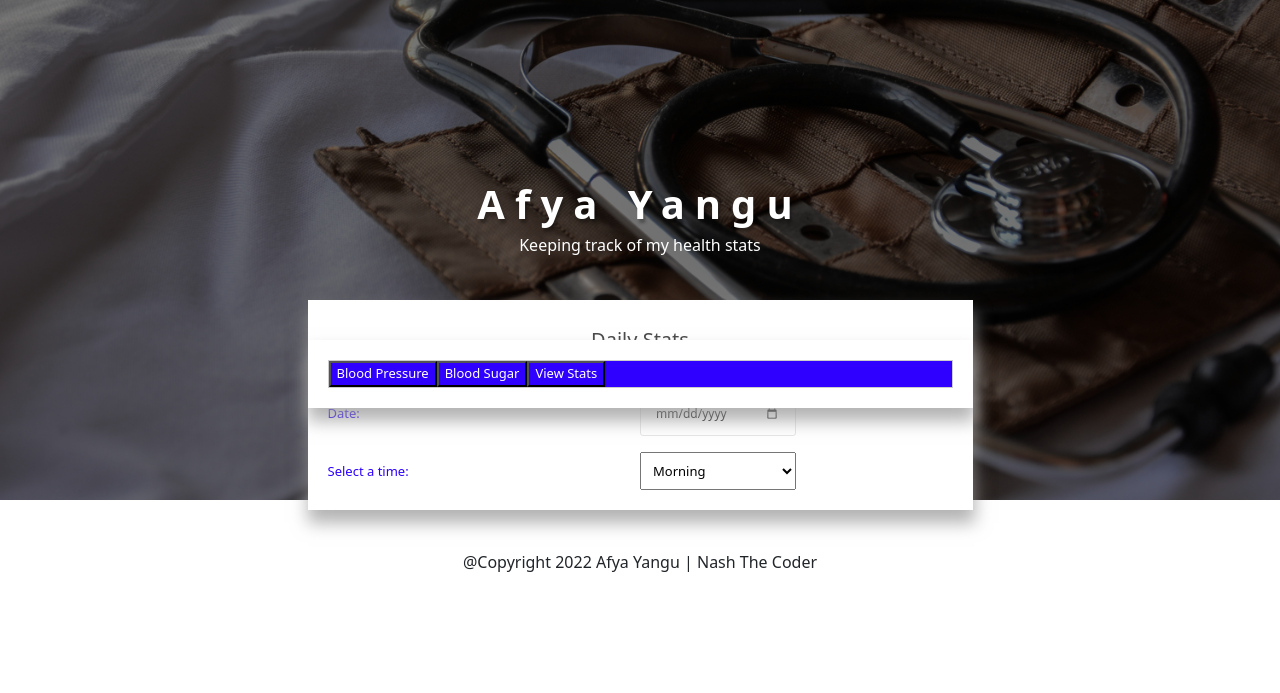
Repository: nashthecoder/afya_yangu
Page: / (app in client/)
These files come from the project's save history. The page is drawn as it stood at one moment and after a run of saves; the edit follows.
The browser window is 1280 px wide. The pictures show the whole page.
The project was rebuilt for these pictures with package versions that can differ from the ones it lists, and the page was loaded fresh each time. Also part of the build but not shown: client/src/components/Tab2.js.

Above is the page before, as saved 2022-03-17 09:06:53.

After the next 4 saves:
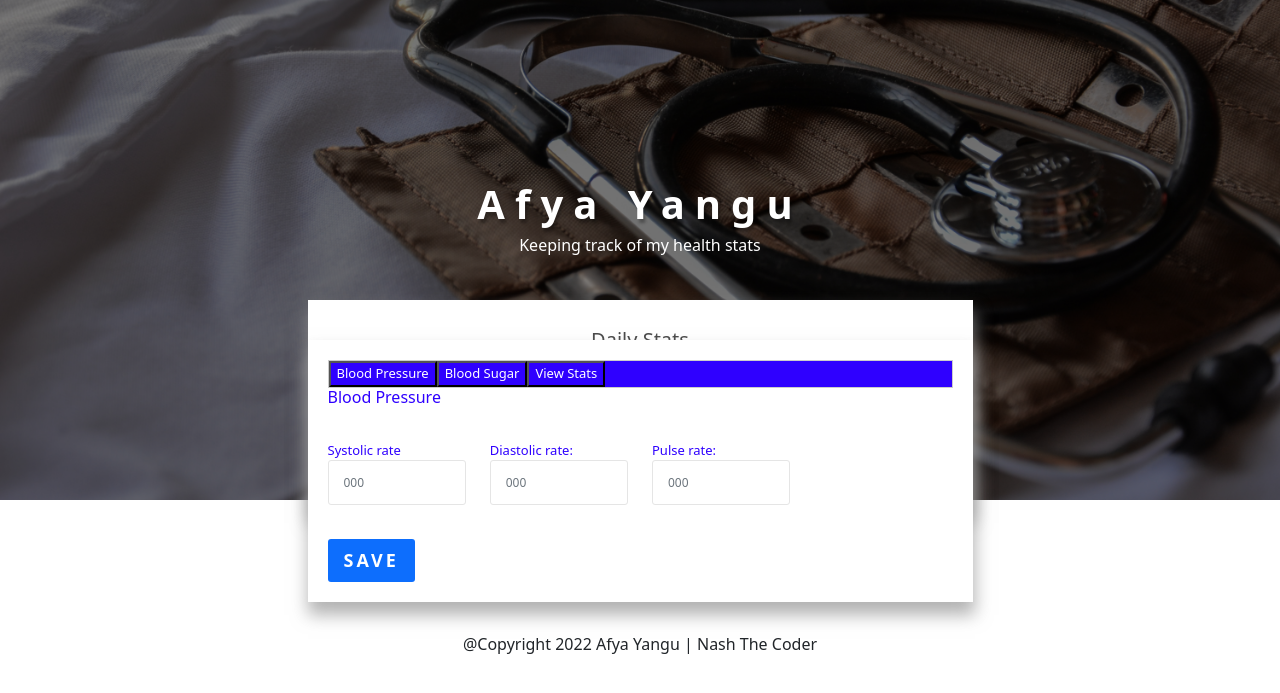
The 4 saves are shown as one change because they came seconds apart.
The last was saved 17 s later.
--- a/client/src/components/Form.js
+++ b/client/src/components/Form.js
@@ -17,6 +17,7 @@ const Form = () => {
                                     <button className="tablinks">Blood Sugar</button>
                                     <button className="tablinks">View Stats</button>
                                 </div>
+                                < Tab1 />
                             </div>
                         </div>
                     </div>
